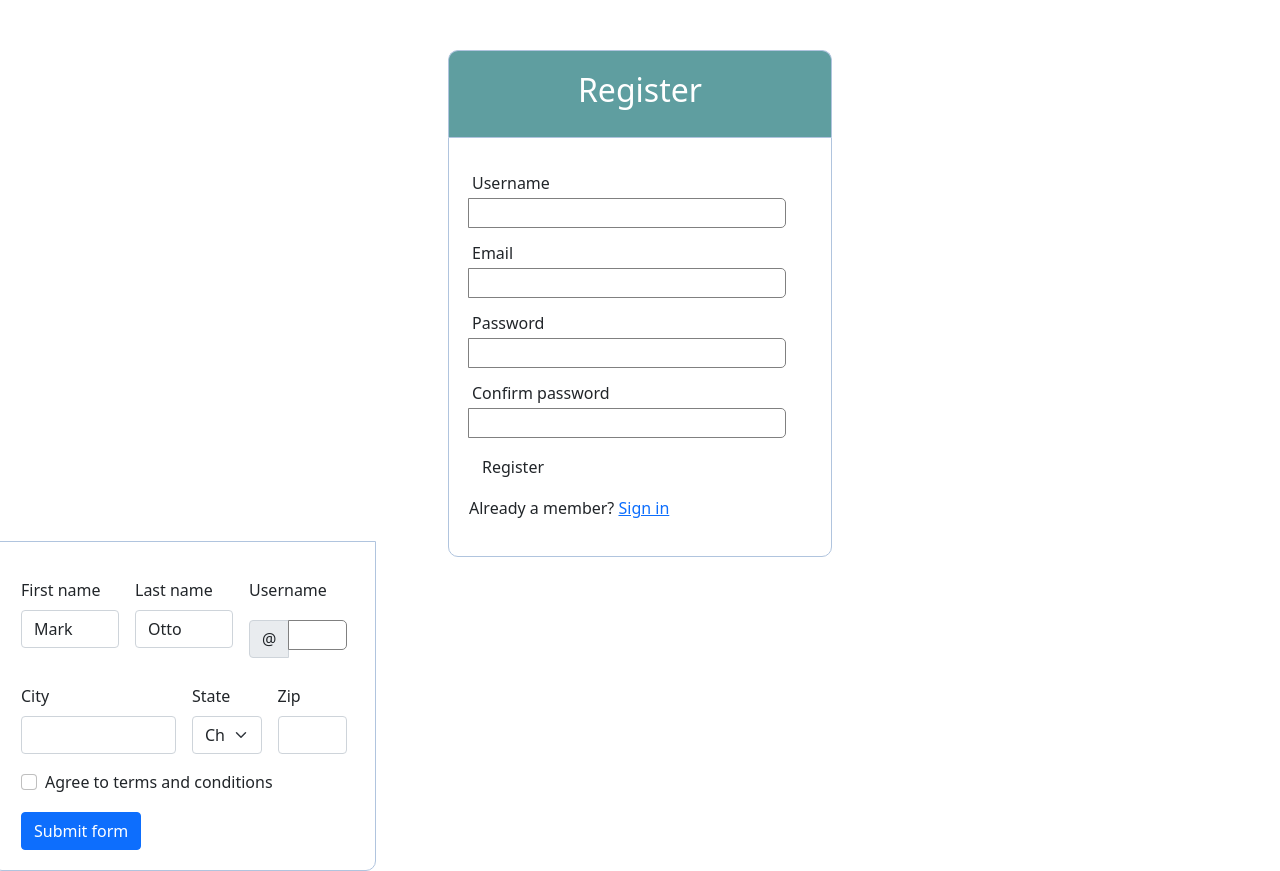
Repository: MrSyntax31/myPage
Page: http://localhost/register.php
An editor plug-in stored every save of this project. The page is shown before and after the next save, followed by the edit.
The browser window is 1280 px wide. The pictures show the whole page.
The page is run by PHP 8.4 with error messages shown; the project is at /var/www/html/.

Above is the page before, as saved 2022-03-03 12:24:46.

### register.php
<?php include('server.php') ?>
<!DOCTYPE html>
<html>
<head>
  <title>Registration system PHP and MySQL</title>
  <link rel="stylesheet" type="text/css" href="style.css">
  <link href="https://cdn.jsdelivr.net/npm/bootstrap@5.0.2/dist/css/bootstrap.min.css" rel="stylesheet" integrity="sha384-EVSTQN3/azprG1Anm3QDgpJLIm9Nao0Yz1ztcQTwFspd3yD65VohhpuuCOmLASjC" crossorigin="anonymous">
<script src="https://cdn.jsdelivr.net/npm/bootstrap@5.0.2/dist/js/bootstrap.bundle.min.js" integrity="sha384-MrcW6ZMFYlzcLA8Nl+NtUVF0sA7MsXsP1UyJoMp4YLEuNSfAP+JcXn/tWtIaxVXM" crossorigin="anonymous"></script>
</head>
<body>
  <div class="header">
  	<h2>Register</h2>
  </div>

  <form method="post" action="register.php">
  	<?php include('errors.php'); ?>
  	<div class="input-group">
  	  <label>Username</label>
  	  <input type="text" name="username" value="<?php echo $username; ?>">
  	</div>
  	<div class="input-group">
  	  <label>Email</label>
  	  <input type="email" name="email" value="<?php echo $email; ?>">
  	</div>
  	<div class="input-group">
  	  <label>Password</label>
  	  <input type="password" name="password_1">
  	</div>
  	<div class="input-group">
  	  <label>Confirm password</label>
  	  <input type="password" name="password_2">
  	</div>
  	<div class="input-group">
  	  <button type="submit" class="btn" name="reg_user">Register</button>
  	</div>
  	<p>
  		Already a member? <a href="login.php">Sign in</a>
  	</p>
  </form>

  <form class="row g-3 needs-validation" novalidate>
  <div class="col-md-4">
    <label for="validationCustom01" class="form-label">First name</label>
    <input type="text" class="form-control" id="validationCustom01" value="Mark" required>
    <div class="valid-feedback">
      Looks good!
    </div>
  </div>
  <div class="col-md-4">
    <label for="validationCustom02" class="form-label">Last name</label>
    <input type="text" class="form-control" id="validationCustom02" value="Otto" required>
    <div class="valid-feedback">
      Looks good!
    </div>
  </div>
  <div class="col-md-4">
    <label for="validationCustomUsername" class="form-label">Username</label>
    <div class="input-group has-validation">
      <span class="input-group-text" id="inputGroupPrepend">@</span>
      <input type="text" class="form-control" id="validationCustomUsername" aria-describedby="inputGroupPrepend" required>
      <div class="invalid-feedback">
        Please choose a username.
      </div>
    </div>
  </div>
  <div class="col-md-6">
    <label for="validationCustom03" class="form-label">City</label>
    <input type="text" class="form-control" id="validationCustom03" required>
    <div class="invalid-feedback">
      Please provide a valid city.
    </div>
  </div>
  <div class="col-md-3">
    <label for="validationCustom04" class="form-label">State</label>
    <select class="form-select" id="validationCustom04" required>
      <option selected disabled value="">Choose...</option>
      <option>...</option>
    </select>
    <div class="invalid-feedback">
      Please select a valid state.
    </div>
  </div>
  <div class="col-md-3">
    <label for="validationCustom05" class="form-label">Zip</label>
    <input type="text" class="form-control" id="validationCustom05" required>
    <div class="invalid-feedback">
      Please provide a valid zip.
    </div>
  </div>
  <div class="col-12">
    <div class="form-check">
      <input class="form-check-input" type="checkbox" value="" id="invalidCheck" required>
      <label class="form-check-label" for="invalidCheck">
        Agree to terms and conditions
      </label>
      <div class="invalid-feedback">
        You must agree before submitting.
      </div>
    </div>
  </div>
  <div class="col-12">
    <button class="btn btn-primary" type="submit">Submit form</button>
  </div>
</form>
</body>
</html>

### server.php
<?php
session_start();

// initializing variables
$username = "";
$email    = "";
$errors = array();

// connect to the database
$db = mysqli_connect('localhost', 'root', '', 'mypage');

// REGISTER USER
if (isset($_POST['reg_user'])) {
  // receive all input values from the form
  $username = mysqli_real_escape_string($db, $_POST['username']);
  $email = mysqli_real_escape_string($db, $_POST['email']);
  $password_1 = mysqli_real_escape_string($db, $_POST['password_1']);
  $password_2 = mysqli_real_escape_string($db, $_POST['password_2']);

  // form validation: ensure that the form is correctly filled ...
  // by adding (array_push()) corresponding error unto $errors array
  if (empty($username)) { array_push($errors, "Username is required"); }
  if (empty($email)) { array_push($errors, "Email is required"); }
  if (empty($password_1)) { array_push($errors, "Password is required"); }
  if ($password_1 != $password_2) {
	array_push($errors, "The two passwords do not match");
  }

  // first check the database to make sure
  // a user does not already exist with the same username and/or email
  $user_check_query = "SELECT * FROM user WHERE username='$username' OR email='$email' LIMIT 1";
  $result = mysqli_query($db, $user_check_query);
  $user = mysqli_fetch_assoc($result);

  if ($user) { // if user exists
    if ($user['username'] === $username) {
      array_push($errors, "Username already exists");
    }

    if ($user['email'] === $email) {
      array_push($errors, "email already exists");
    }
  }

  // Finally, register user if there are no errors in the form
  if (count($errors) == 0) {
  	$password = md5($password_1);//encrypt the password before saving in the database

  	$query = "INSERT INTO user (username, email, password)
  			  VALUES('$username', '$email', '$password')";
  	mysqli_query($db, $query);
  	$_SESSION['username'] = $username;
  	$_SESSION['success'] = "You are now logged in";
  	header('location: index.php');
  }
}

// LOGIN USER
if (isset($_POST['login_user'])) {
  $username = mysqli_real_escape_string($db, $_POST['username']);
  $password = mysqli_real_escape_string($db, $_POST['password']);

  if (empty($username)) {
  	array_push($errors, "Username is required");
  }
  if (empty($password)) {
  	array_push($errors, "Password is required");
  }

  if (count($errors) == 0) {
  	$password = md5($password);
  	$query = "SELECT * FROM user WHERE username='$username' AND password='$password'";
  	$results = mysqli_query($db, $query);
  	if (mysqli_num_rows($results) == 1) {
  	  $_SESSION['username'] = $username;
  	  $_SESSION['success'] = "You are now logged in";
  	  header('location: index.php');
  	}else {
  		array_push($errors, "Wrong username/password combination");
  	}
  }
}

?>

### style.css
* {
  margin: 0px;
  padding: 0px;
}
body {
  font-size: 120%;
  background: #F8F8FF;
}

.header {
  width: 30%;
  margin: 50px auto 0px;
  color: white;
  background: #5F9EA0;
  text-align: center;
  border: 1px solid #B0C4DE;
  border-bottom: none;
  border-radius: 10px 10px 0px 0px;
  padding: 20px;
}
form, .content {
  width: 30%;
  margin: 0px auto;
  padding: 20px;
  border: 1px solid #B0C4DE;
  background: white;
  border-radius: 0px 0px 10px 10px;
}
.input-group {
  margin: 10px 0px 10px 0px;
}
.input-group label {
  display: block;
  text-align: left;
  margin: 3px;
}
.input-group input {
  height: 30px;
  width: 93%;
  padding: 5px 10px;
  font-size: 16px;
  border-radius: 5px;
  border: 1px solid gray;
}
.btn {
  padding: 10px;
  font-size: 15px;
  color: white;
  background: #5F9EA0;
  border: none;
  border-radius: 5px;
}
.error {
  width: 92%;
  margin: 0px auto;
  padding: 10px;
  border: 1px solid #a94442;
  color: #a94442;
  background: #f2dede;
  border-radius: 5px;
  text-align: left;
}
.success {
  color: #3c763d;
  background: #dff0d8;
  border: 1px solid #3c763d;
  margin-bottom: 20px;

Loaded but not shown: errors.php (common file)

After the next save:
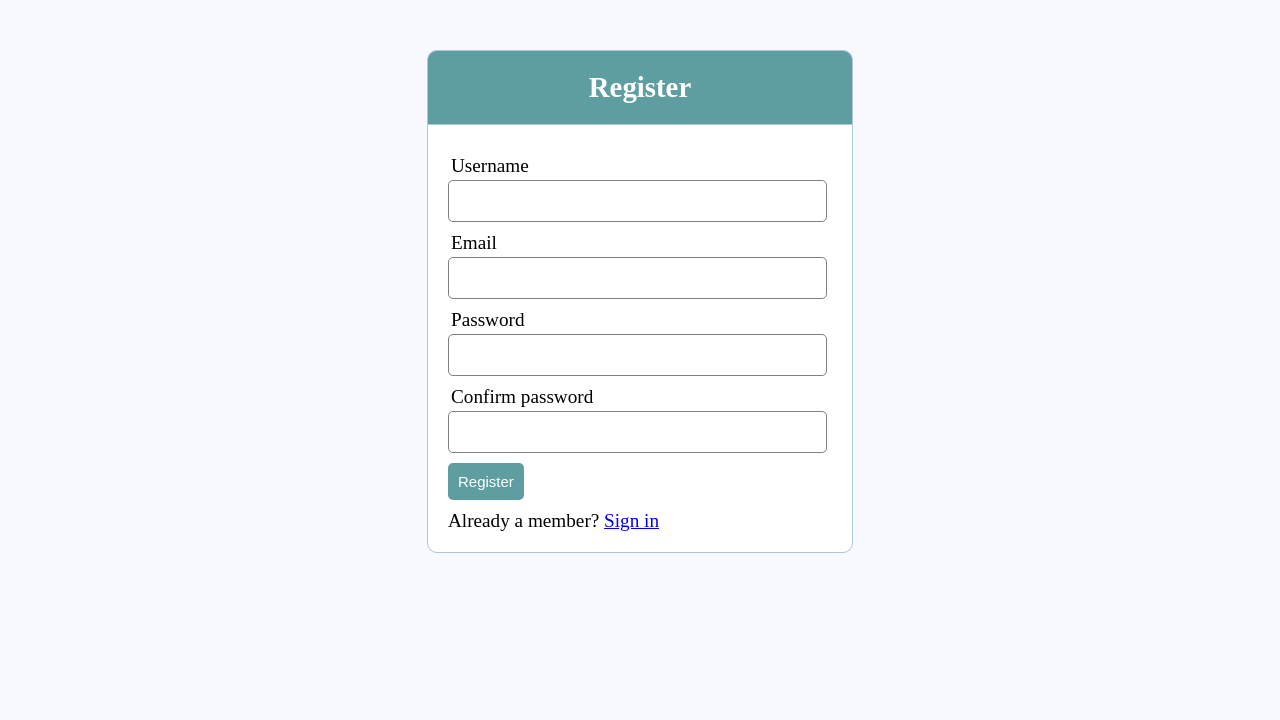
Saved 17 s later.
--- a/register.php
+++ b/register.php
@@ -4,8 +4,6 @@
 <head>
   <title>Registration system PHP and MySQL</title>
   <link rel="stylesheet" type="text/css" href="style.css">
-  <link href="https://cdn.jsdelivr.net/npm/bootstrap@5.0.2/dist/css/bootstrap.min.css" rel="stylesheet" integrity="sha384-EVSTQN3/azprG1Anm3QDgpJLIm9Nao0Yz1ztcQTwFspd3yD65VohhpuuCOmLASjC" crossorigin="anonymous">
-<script src="https://cdn.jsdelivr.net/npm/bootstrap@5.0.2/dist/js/bootstrap.bundle.min.js" integrity="sha384-MrcW6ZMFYlzcLA8Nl+NtUVF0sA7MsXsP1UyJoMp4YLEuNSfAP+JcXn/tWtIaxVXM" crossorigin="anonymous"></script>
 </head>
 <body>
   <div class="header">
@@ -37,70 +35,5 @@
   		Already a member? <a href="login.php">Sign in</a>
   	</p>
   </form>
-
-  <form class="row g-3 needs-validation" novalidate>
-  <div class="col-md-4">
-    <label for="validationCustom01" class="form-label">First name</label>
-    <input type="text" class="form-control" id="validationCustom01" value="Mark" required>
-    <div class="valid-feedback">
-      Looks good!
-    </div>
-  </div>
-  <div class="col-md-4">
-    <label for="validationCustom02" class="form-label">Last name</label>
-    <input type="text" class="form-control" id="validationCustom02" value="Otto" required>
-    <div class="valid-feedback">
-      Looks good!
-    </div>
-  </div>
-  <div class="col-md-4">
-    <label for="validationCustomUsername" class="form-label">Username</label>
-    <div class="input-group has-validation">
-      <span class="input-group-text" id="inputGroupPrepend">@</span>
-      <input type="text" class="form-control" id="validationCustomUsername" aria-describedby="inputGroupPrepend" required>
-      <div class="invalid-feedback">
-        Please choose a username.
-      </div>
-    </div>
-  </div>
-  <div class="col-md-6">
-    <label for="validationCustom03" class="form-label">City</label>
-    <input type="text" class="form-control" id="validationCustom03" required>
-    <div class="invalid-feedback">
-      Please provide a valid city.
-    </div>
-  </div>
-  <div class="col-md-3">
-    <label for="validationCustom04" class="form-label">State</label>
-    <select class="form-select" id="validationCustom04" required>
-      <option selected disabled value="">Choose...</option>
-      <option>...</option>
-    </select>
-    <div class="invalid-feedback">
-      Please select a valid state.
-    </div>
-  </div>
-  <div class="col-md-3">
-    <label for="validationCustom05" class="form-label">Zip</label>
-    <input type="text" class="form-control" id="validationCustom05" required>
-    <div class="invalid-feedback">
-      Please provide a valid zip.
-    </div>
-  </div>
-  <div class="col-12">
-    <div class="form-check">
-      <input class="form-check-input" type="checkbox" value="" id="invalidCheck" required>
-      <label class="form-check-label" for="invalidCheck">
-        Agree to terms and conditions
-      </label>
-      <div class="invalid-feedback">
-        You must agree before submitting.
-      </div>
-    </div>
-  </div>
-  <div class="col-12">
-    <button class="btn btn-primary" type="submit">Submit form</button>
-  </div>
-</form>
 </body>
 </html>
